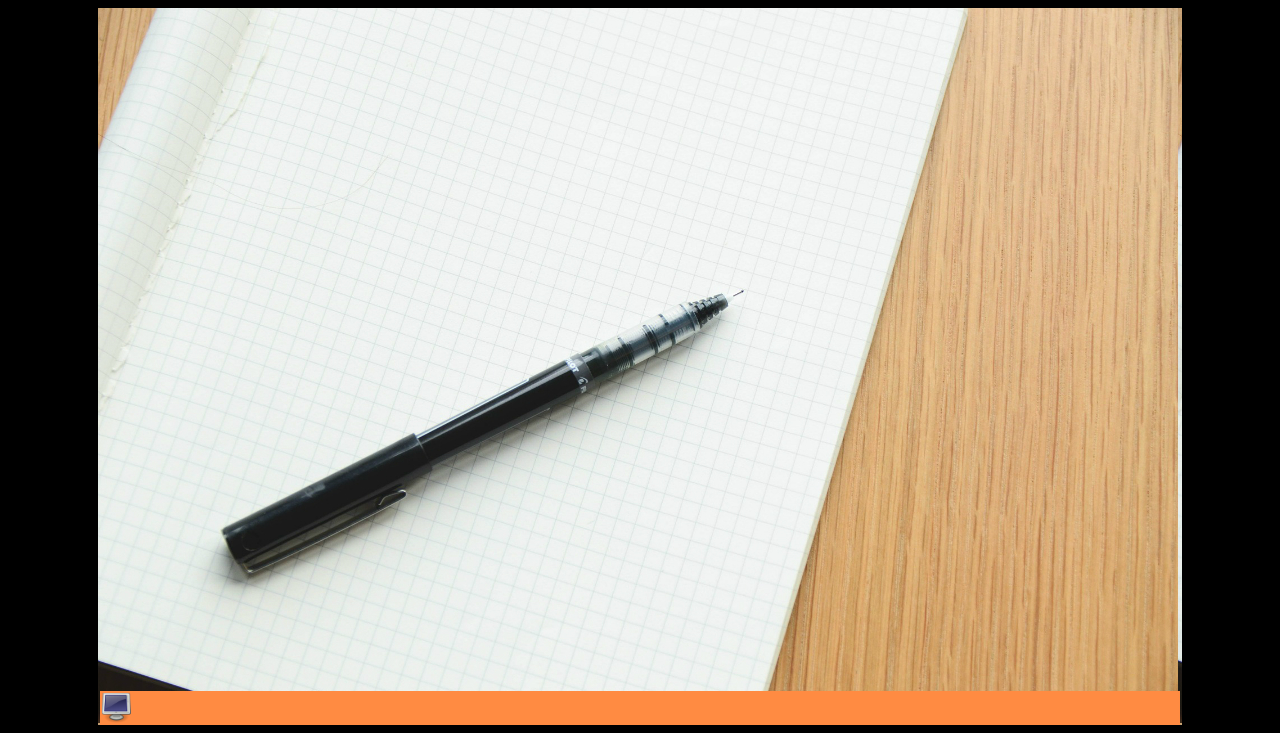
Repository: jc222fi/1dv403-laborationer
Page: 5-pwd/index.html
The author's editor kept a record of every edit. The page is drawn from the files as they stood at one moment, then again after the next edit.
The browser window is 1280 px wide. The pictures show the whole page.

Above is the page before.

### 5-pwd/index.html
<!DOCTYPE html>
<html>
    <head>
        <meta charset="UTF-8">
        <title>My Virtual Desktop</title>
        <link rel="stylesheet" href="style.css" />
    </head>
    <body>
        <div id="container">
            <footer>
            </footer>
        </div>
        <script src="script.js"></script>
    </body>
</html>

### 5-pwd/style.css
html{
    background-color:black;
}
#container{
    height:713px;
    width:1080px;
    margin:0 auto;
    background-image:url("pics/notepad1.jpg");
    padding:2px;
}
.imageViewer{
    color:white;
    font-family:Arial, Helvetica, sans-serif;
    height:400px;
    width:300px;
    margin-left:5px;
    border-top:1px solid #ffb870;
    border-left:1px solid #ffb870;
    border-right:1px solid #ff8b42;
    border-bottom:1px solid #ff8b42;
    background-color:#ffffcc;
}
.windowHeader{
    height:30px;
    width:290px;
    padding:5px;
    background-color:#ff8b42;
}
    .headerIcon{
        float:left;
    }
    .windowHeader p{
        margin-top: 2px;
        margin-left: 34px;
    }
    .close{
        float:right;
    }
    .close img{
        height:10px;
        width:10px;
        padding: 1px;
        background-color: #ffb870;
        border-top: 1px solid beige;
        border-left: 1px solid beige;
    }
.windowBody{
    height:340px;
    width:300px;
    overflow-y:scroll;
}
.windowFooter{
    height:20px;
    width:300px;
    background-color:#ff8b42;
}
    .windowFooter p{
        height:12px;
        margin-top:0;
        margin-left: 3px;
        font-size: small;
    }
footer{
    background-color:#ff8b42;
    position:absolute;
    margin-top:681px;
    height:30px;
    width:1076px;
    padding:2px;
}

### 5-pwd/script.js
"use strict";
//Bilder från pixabay.com

var MyDesktop = {

    windowCounter:0,
    init: function(){

        MyDesktop.openDesktop();
    },

    openDesktop: function(){

        var button = document.createElement("a");
        var buttonImage = document.createElement("img");
        var footer = document.createElement("footer");
        var container = document.getElementById("container");

        button.href = "#";
        buttonImage.src = "pics/desktopicon.png";
        container.appendChild(footer);
        footer.appendChild(button);
        button.appendChild(buttonImage);

        button.onclick = function(){

            if(MyDesktop.windowCounter === 0){
                MyDesktop.openWindow();
            }
        };
    },

    openWindow: function(){

        var containerDiv = document.getElementById("container");
        var windowDiv = document.createElement("div");
        var windowHeader = document.createElement("div");
        var windowBody = document.createElement("div");
        var windowFooter = document.createElement("div");
        var windowHeadline = document.createElement("p");
        var statusLine = document.createElement("p");
        var headerIcon = document.createElement("img");
        var closeIcon = document.createElement("img");
        var loadingIcon = document.createElement("img");
        var a = document.createElement("a");

        a.href ="#";
        closeIcon.src = "pics/cancel.png";
        headerIcon.src = "pics/desktopicon.png";
        loadingIcon.src = "pics/ajax-loader.gif";
        statusLine.setAttribute("id", "status");
        headerIcon.setAttribute("class", "headerIcon");
        a.setAttribute("class", "close");
        windowDiv.setAttribute("class", "imageViewer");
        windowBody.setAttribute("class", "windowBody");
        windowHeader.setAttribute("class", "windowHeader");
        windowFooter.setAttribute("class", "windowFooter");

        a.appendChild(closeIcon);
        windowHeader.appendChild(headerIcon);
        windowHeader.appendChild(a);
        windowHeader.appendChild(windowHeadline);
        statusLine.appendChild(loadingIcon);
        windowFooter.appendChild(statusLine);
        windowDiv.appendChild(windowHeader);
        windowDiv.appendChild(windowBody);
        windowDiv.appendChild(windowFooter);
        containerDiv.appendChild(windowDiv);

        windowHeadline.innerHTML = "Image Viewer";

        MyDesktop.windowCounter = 1;

        a.onclick = function(){
            containerDiv.innerHTML = "";
            MyDesktop.windowCounter = 0;
            MyDesktop.openDesktop();
        };

        MyDesktop.loadingPictures();
    },

    loadingPictures: function(){

        var xhr = new XMLHttpRequest();
        var data = "";
        var statusLine = document.getElementById("status");

        xhr.onreadystatechange = function(){

            if(xhr.readyState === 4){
              if(xhr.status === 200){
                  statusLine.innerHTML = "";
                  data = JSON.parse(xhr.responseText);
                  console.log(data);
              }
              else{
                  console.log("Nåt är fel");
              }
            }

        };
        xhr.open("GET","http://homepage.lnu.se/staff/tstjo/labbyServer/imgviewer/", true);
        xhr.send(null);
    }

};

window.onload = MyDesktop.init;

After the next edit:
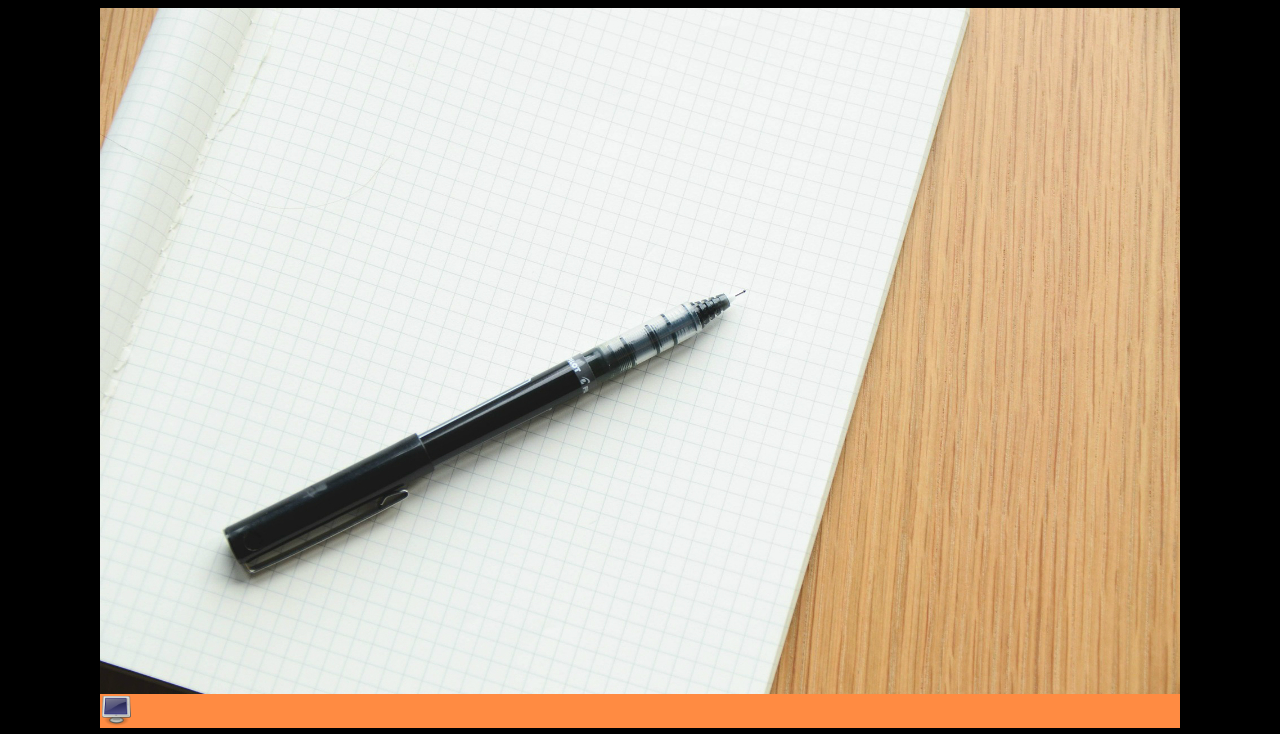
The edit:
--- a/5-pwd/style.css
+++ b/5-pwd/style.css
@@ -6,7 +6,7 @@
     width:1080px;
     margin:0 auto;
     background-image:url("pics/notepad1.jpg");
-    padding:2px;
+    padding-top:5px;
 }
 .imageViewer{
     color:white;
